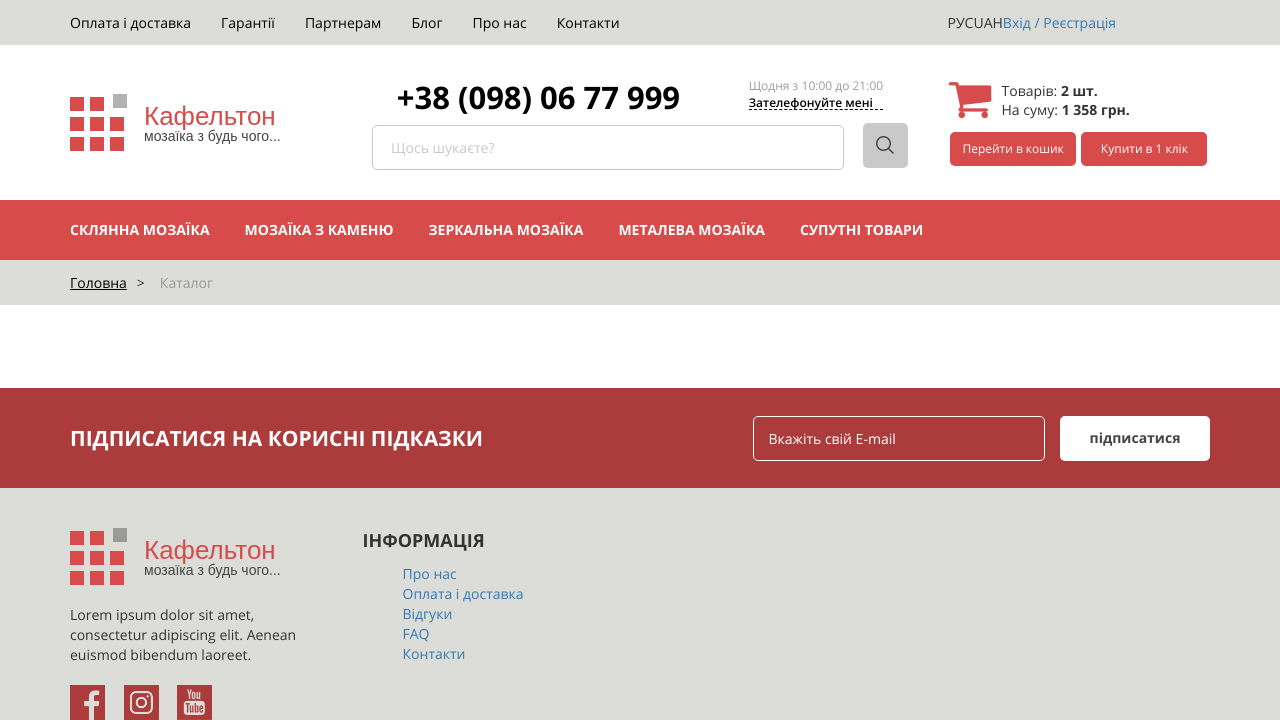
Repository: zellenka/mozaika
Page: app/index.html
An editor plug-in stored every save of this project. The page is shown before and after the next save, followed by the edit.
The browser window is 1280 px wide. The pictures show the whole page.
Some web fonts or font styles are not loaded; a fallback is used. The style sheet was rebuilt from its Sass, Less or Tailwind sources for each picture, by a compiler version that may differ from the author's.

Above is the page before, as saved 2018-07-13 16:23:48.
Console error (its wording comes from the project's code and is left out).

After the next save:
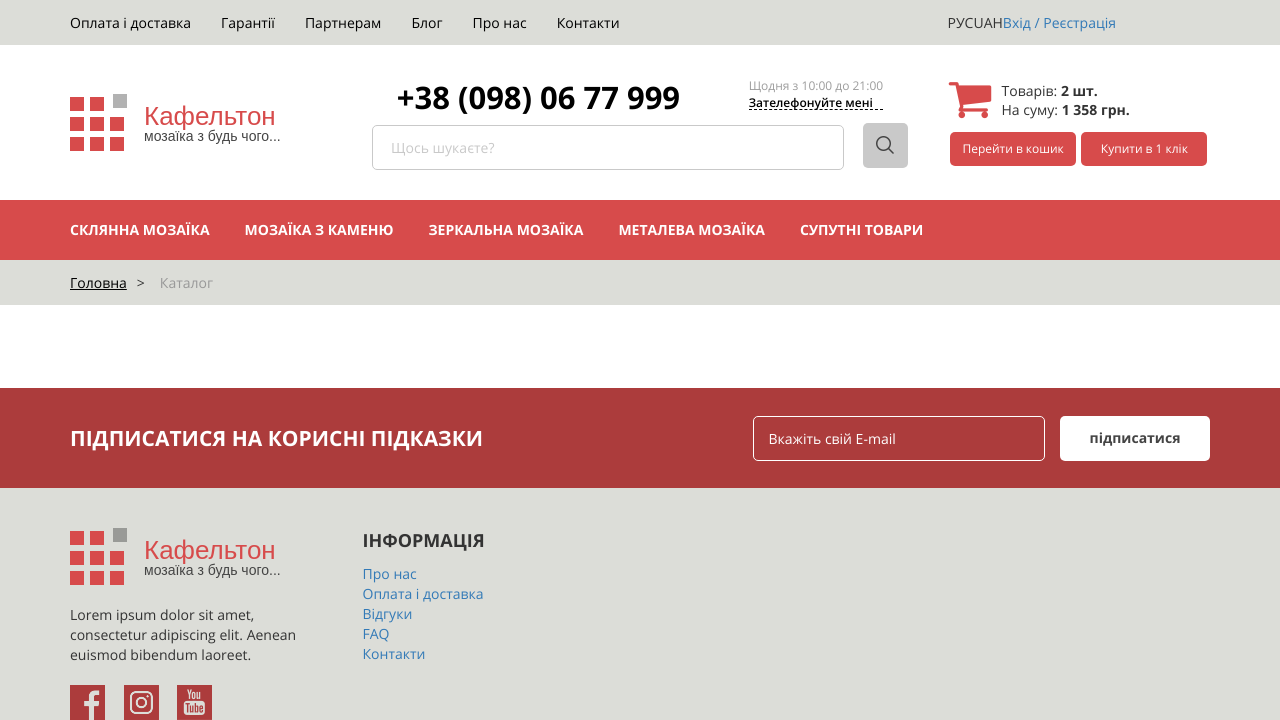
Saved 20 s later.
--- a/app/sass/main.sass
+++ b/app/sass/main.sass
@@ -301,6 +301,10 @@ ul
     font-family: Open-Sans-Bold
     text-align: left
 
+.footer-block__information-menu
+    padding: 0
+    margin: 0
+
 .footer-block__information-menu-item
     margin-bottom: 15px
     a
